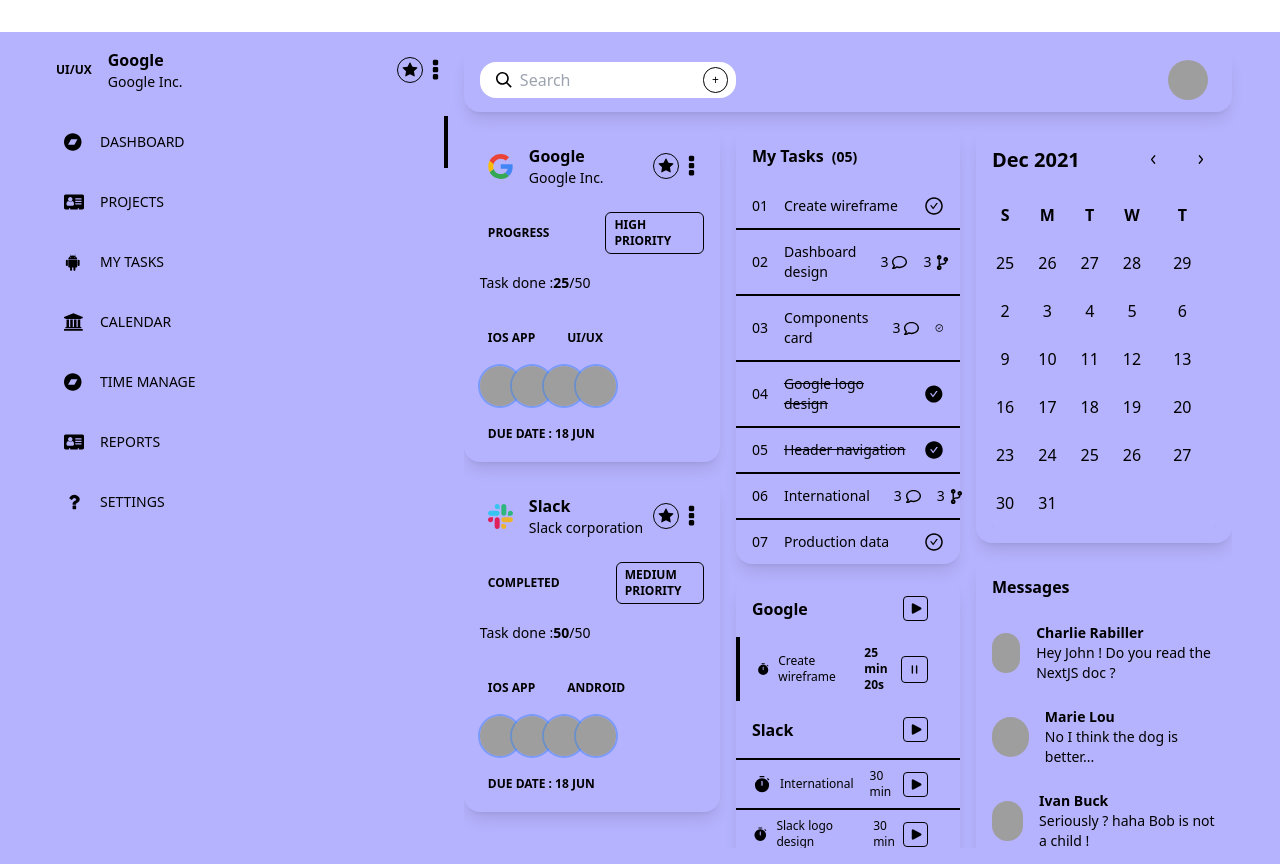
Repository: DragonKnight0522/text-rev
Page: /dashboard
These files come from the project's save history. The page is drawn as it stood at one moment and after the next save; the edit follows.
The browser window is 1280 px wide. The pictures show the whole page.
Pictures or frames that could not be fetched are drawn as grey boxes. An inner scrolling area shows only its first screen. The project was rebuilt for these pictures with package versions that can differ from the ones it lists, and the page was loaded fresh each time. The framework's server and built-in components were replaced by stand-ins that run in the browser. Also part of the build but not shown: next.config.js.

Above is the page before, as saved 2023-08-28 16:03:52.

After the next save:
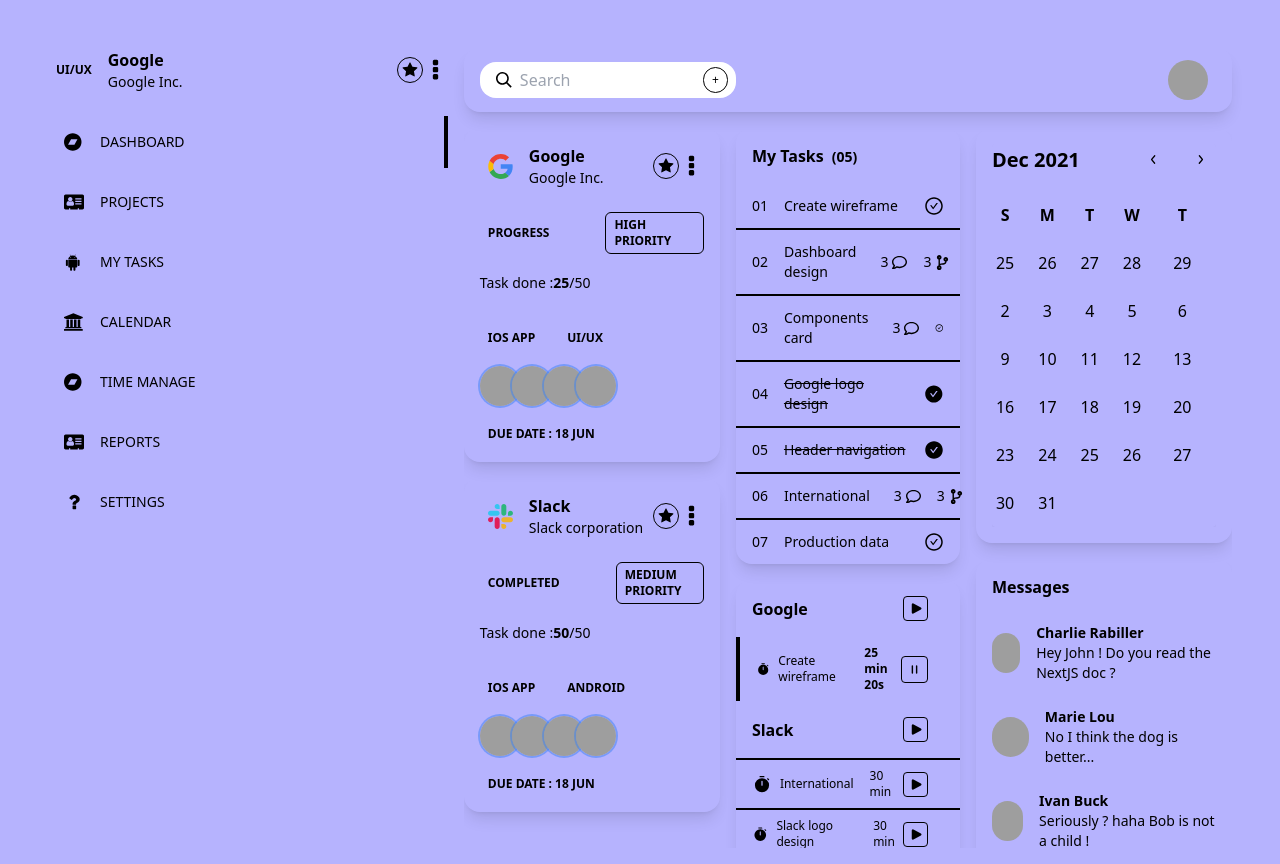
Saved 19 s later.
--- a/app/dashboard/layout.js
+++ b/app/dashboard/layout.js
@@ -6,7 +6,7 @@
 export default function RootLayout({ children }) {
     return (
         <html lang="en">
-            <body>{children}</body>
+            <body className=" bg-purple">{children}</body>
         </html>
     );
 }
